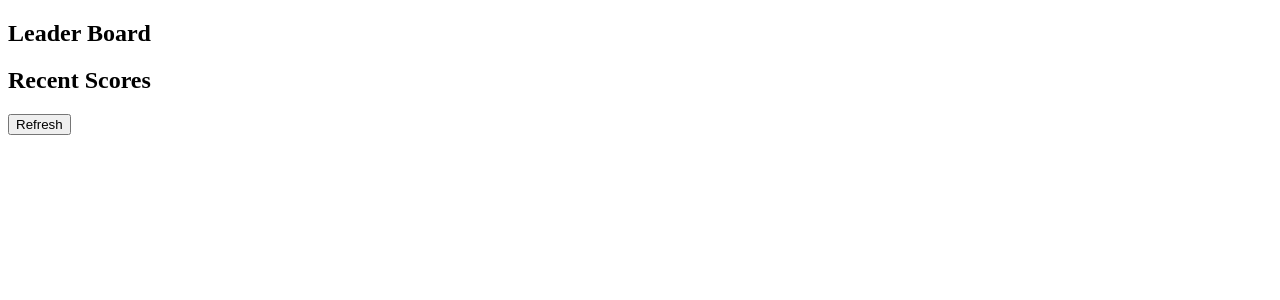
Repository: kennedyowusu/Leaderboard
Page: src/index.html
These files come from the project's save history. The page is drawn as it stood at one moment and after the next save; the edit follows.
The browser window is 1280 px wide. The pictures show the whole page.

Above is the page before, as saved 2022-12-20 14:59:41.

### src/index.html
<!DOCTYPE html>
<html lang="en">

<head>
 <meta charset="UTF-8">
 <meta http-equiv="X-UA-Compatible" content="IE=edge">
 <meta name="viewport" content="width=device-width, initial-scale=1.0">
 <title>Leader Board</title>
</head>

<body>
 <main>
  <section class="main-container">
   <h1 class="main-title">Leader Board</h1>

   <div class="sub-container">

    <div class="top-section">
     <h2 class="title">Recent Scores</h2>
     <button class="refresh">Refresh</button>
    </div>

    <ul class="score-list" id="scoreList">

    </ul>

   </div>

   <!-- <div class="sub-container">
    <h2 class="title">Add your score</h2>
    <form class="form" id="form">
     <input type="text" class="input" id="name" placeholder="Your name">
     <input type="number" class="input" id="score" placeholder="Your score">
     <button class="submit" type="submit">Submit</button>
    </form>
   </div> -->

  </section>
 </main>
</body>
</html>

After the next save:
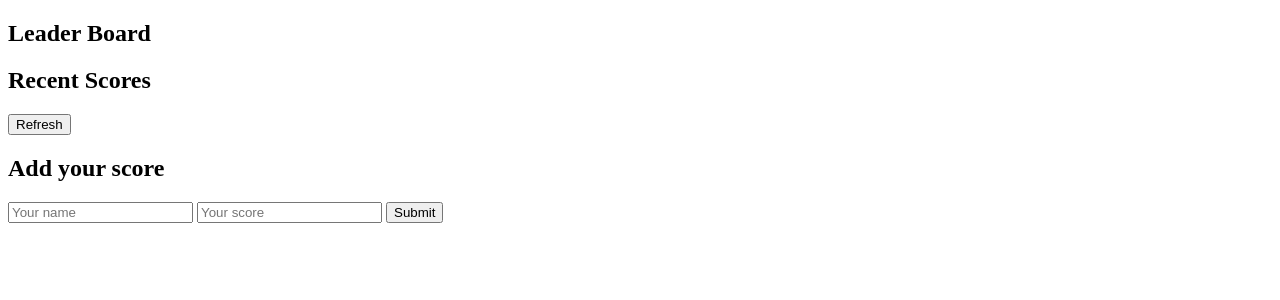
Saved 44 s later.
--- a/src/index.html
+++ b/src/index.html
@@ -26,6 +26,15 @@
 
    </div>
 
+   <div>
+    <h2 class="title">Add your score</h2>
+    <form class="form" id="form">
+     <input type="text" class="input" id="name" placeholder="Your name">
+     <input type="number" class="input" id="score" placeholder="Your score">
+     <button class="submit" type="submit">Submit</button>
+    </form>
+   </div>
+
    <!-- <div class="sub-container">
     <h2 class="title">Add your score</h2>
     <form class="form" id="form">
